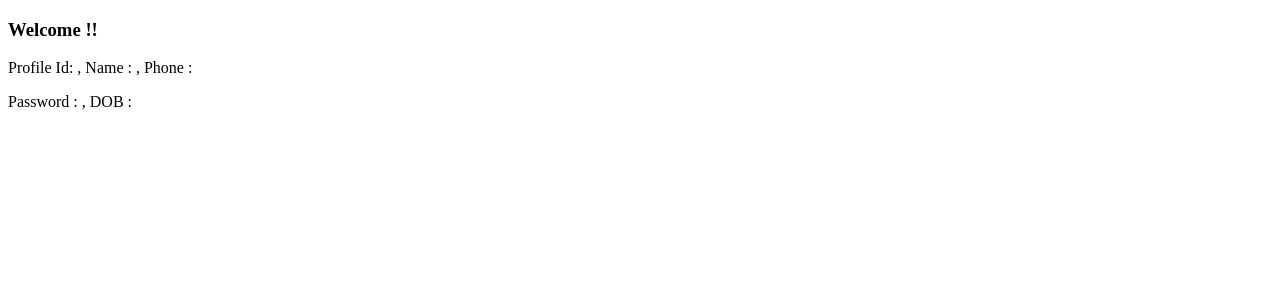
Repository: sourabh1204/handson-assignments
Page: http://localhost/Contact-App/LoginSuccessful.jsp
These files come from the project's save history. The page is drawn as it stood at one moment and after the next save; the edit follows.
The browser window is 1280 px wide. The pictures show the whole page.
The page is served by Tomcat 9. Other server files are loaded and not shown. The template is opened directly, without the code that normally fills it, so the values that code supplies are empty.

Above is the page before, as saved 2020-10-01 07:04:05.

### Case Study 0110/Contact-App/WebContent/LoginSuccessful.jsp
<%@ page language="java" contentType="text/html; charset=ISO-8859-1"
    pageEncoding="ISO-8859-1"%>
<!DOCTYPE html>
<html>
<head>
<meta charset="ISO-8859-1">
<title>Logged In</title>
</head>
<body>
	<h3>Welcome ${profileKey.name}!!</h3>
	<p>Profile Id: ${profileKey.profileId}, Name : ${profileKey.name}, Phone : ${profile.phone}</p>
	<p>Password : ${profilKey.password}, DOB : ${profileKey.dob}</p>
</body>
</html>

After the next save:
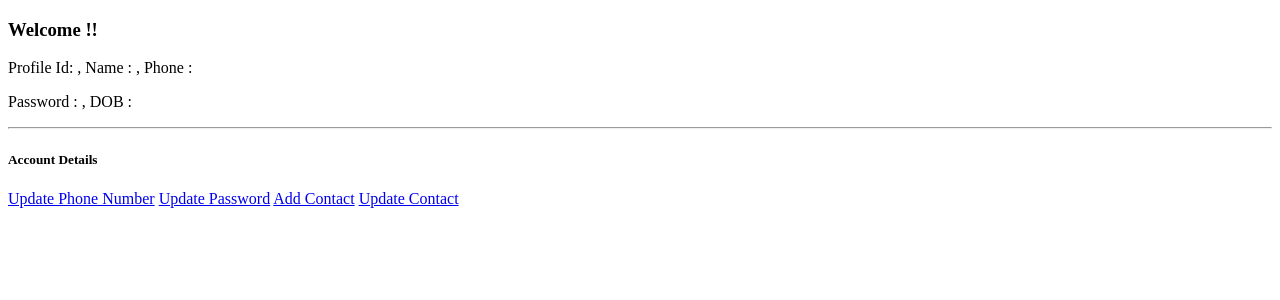
Saved 5 min 27 s later.
--- a/Case Study 0110/Contact-App/WebContent/LoginSuccessful.jsp
+++ b/Case Study 0110/Contact-App/WebContent/LoginSuccessful.jsp
@@ -10,5 +10,11 @@
 	<h3>Welcome ${profileKey.name}!!</h3>
 	<p>Profile Id: ${profileKey.profileId}, Name : ${profileKey.name}, Phone : ${profile.phone}</p>
 	<p>Password : ${profilKey.password}, DOB : ${profileKey.dob}</p>
+	<hr>
+	<h5>Account Details</h5>
+	<a href="UpdatePhone.html">Update Phone Number</a>
+	<a href="UpdatePassword.html">Update Password</a>
+	<a href="AddContact.html">Add Contact</a>
+	<a href="UpdateContactDetails">Update Contact</a>
 </body>
 </html>
